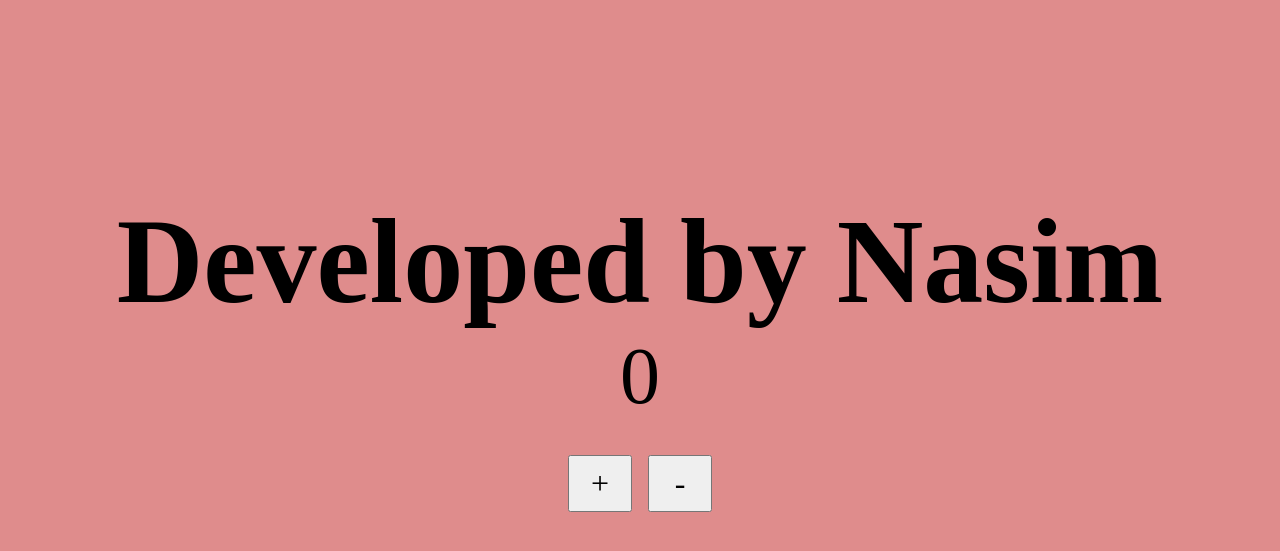
Repository: nasimqureshi/counter-in-redux
Page: /
An editor plug-in stored every save of this project. The page is shown before and after the next save, followed by the edit.
The browser window is 1280 px wide. The pictures show the whole page.
The project was rebuilt for these pictures with package versions that can differ from the ones it lists, and the page was loaded fresh each time.

Above is the page before, as saved 2024-10-16 22:59:55.

After the next save:
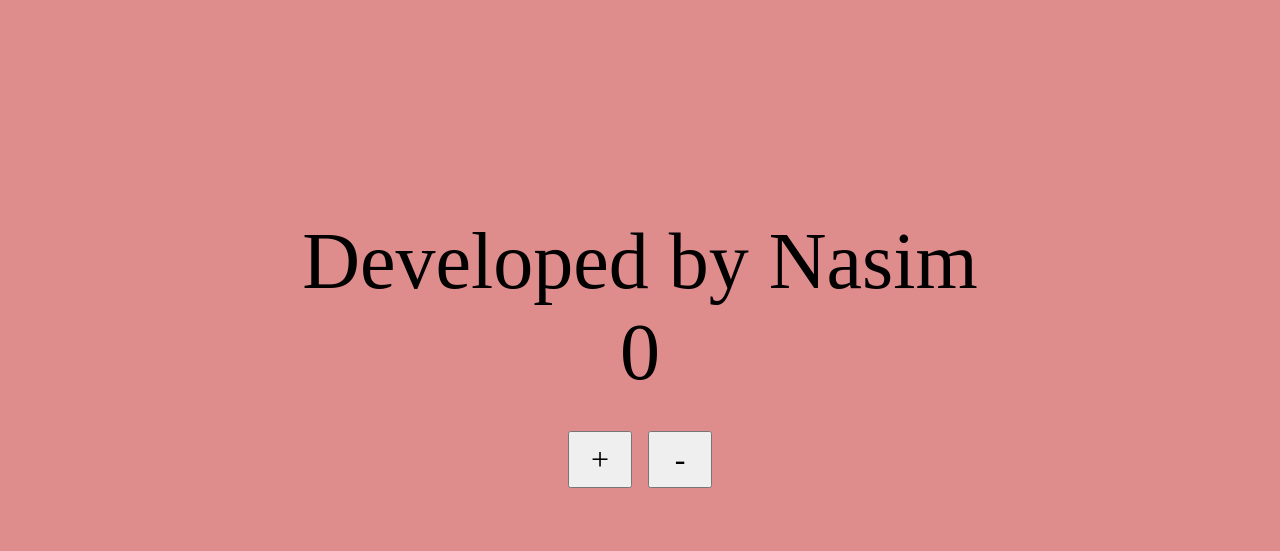
Saved 7 s later.
--- a/src/features/counter/Counter.js
+++ b/src/features/counter/Counter.js
@@ -8,7 +8,7 @@ const Counter = () => {
 
   return (
     <section>
-      <h1>Developed by Nasim</h1>
+      <h>Developed by Nasim</h>
       <p>{count}</p>
 
       <div>
